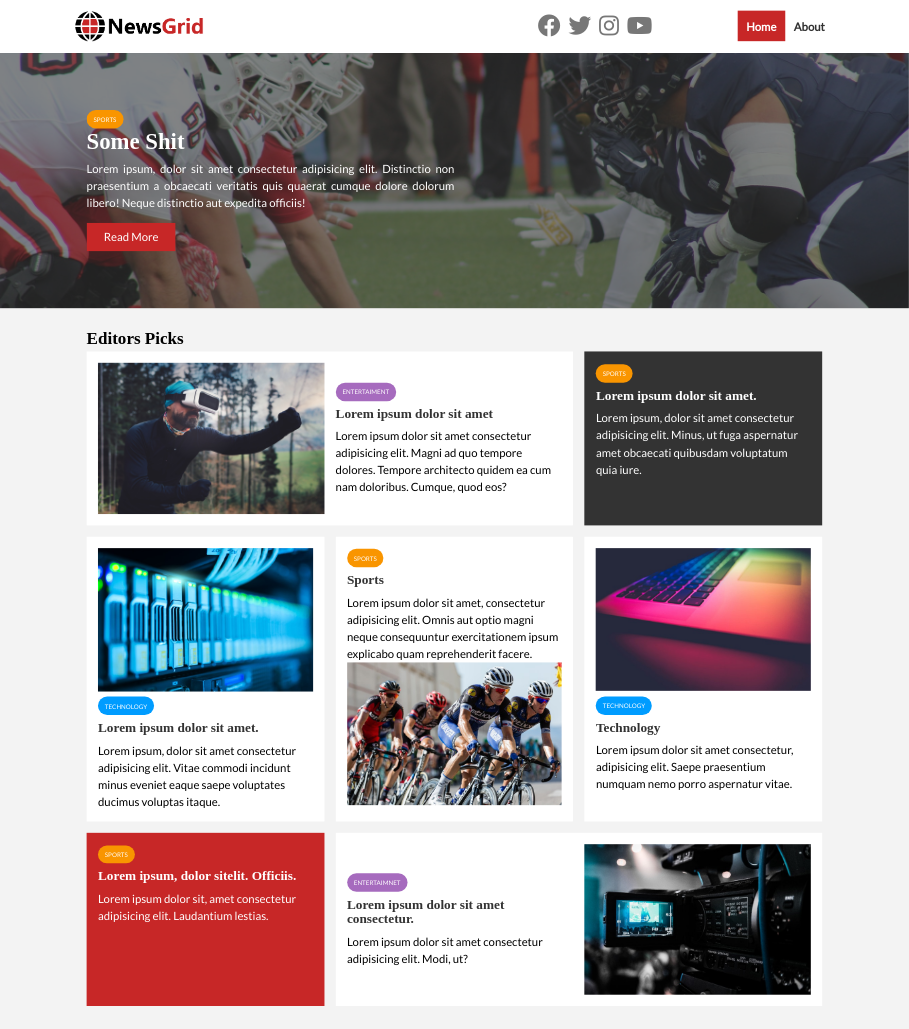
Repository: EswinGiova/NewsGrid
Page: index.html
The author's editor kept a copy of each file at every save. The page is drawn from the files as they stood at one save, then again after the next save.
The browser window is 1280 px wide. The pictures show the whole page, at 71% of full size.
Some web libraries are served in a nearby version.

Above is the page before, as saved 2020-09-19 22:12:52.

After the next save:
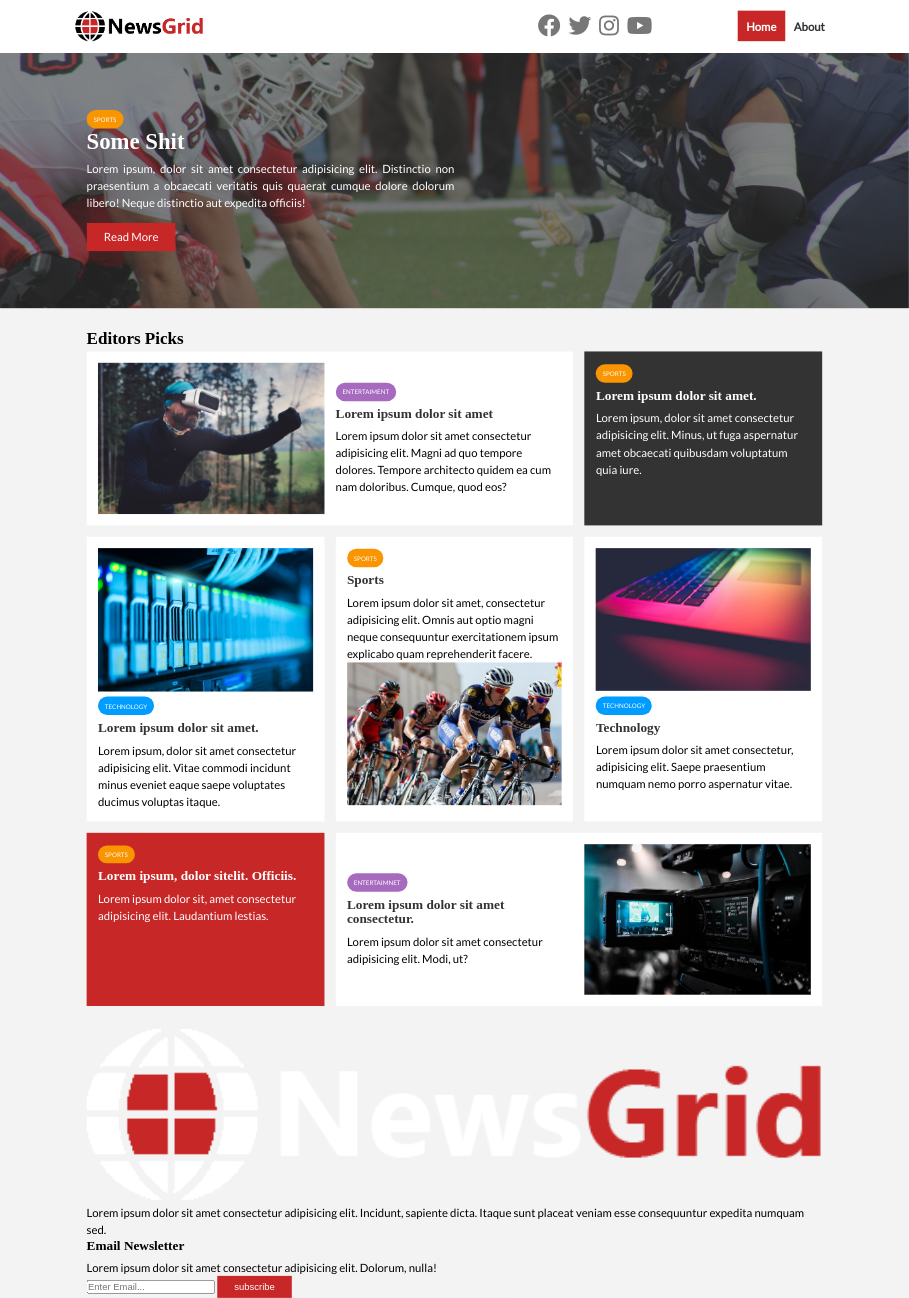
Saved 17 h 26 min later.
--- a/index.html
+++ b/index.html
@@ -151,5 +151,28 @@
         </div>
       </div>
     </section>
+    <footer id="main-footer">
+      <div class="container footer-container">
+        <div>
+          <img src="./image_resources/logo_light.png" alt="news" />
+          <p>
+            Lorem ipsum dolor sit amet consectetur adipisicing elit. Incidunt,
+            sapiente dicta. Itaque sunt placeat veniam esse consequuntur
+            expedita numquam sed.
+          </p>
+        </div>
+        <div>
+          <h3>Email Newsletter</h3>
+          <p>
+            Lorem ipsum dolor sit amet consectetur adipisicing elit. Dolorum,
+            nulla!
+          </p>
+          <form>
+            <input type="email" placeholder="Enter Email..." />
+            <input type="submit" value="subscribe" class="btn btn-primary" />
+          </form>
+        </div>
+      </div>
+    </footer>
   </body>
 </html>
